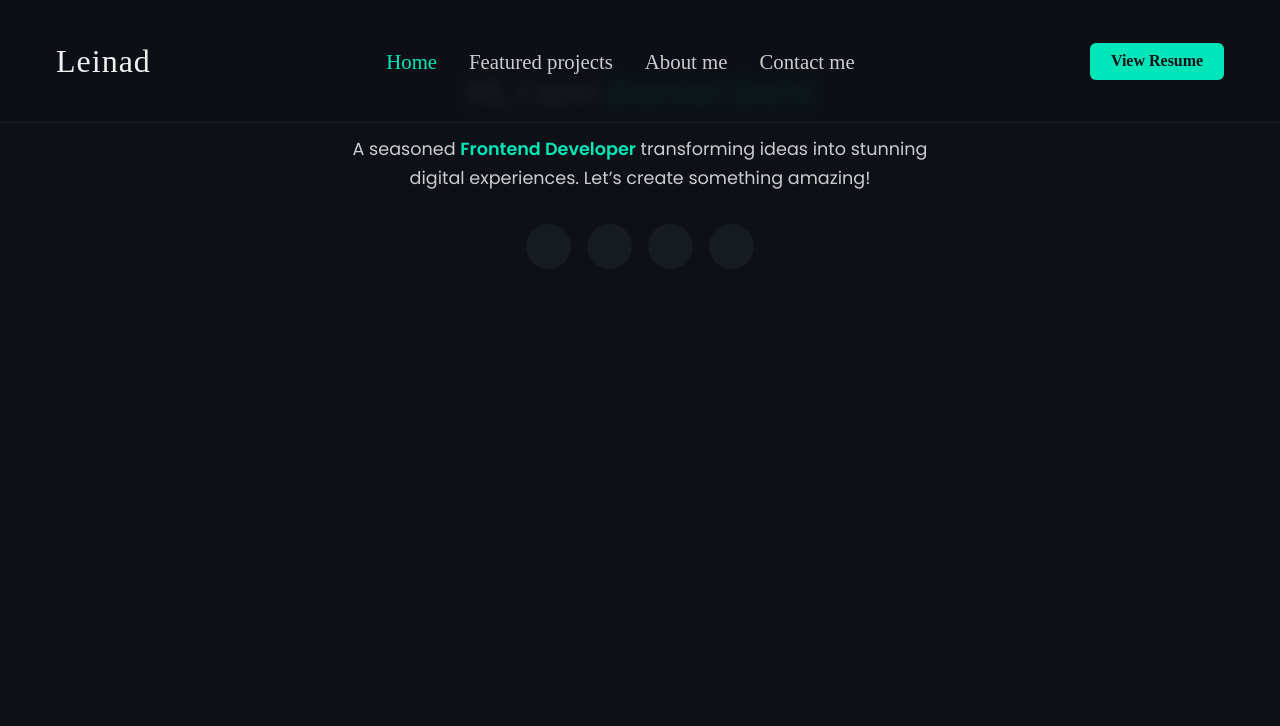
Repository: Austinokezie/Myportfolio
Page: index.html
The author's editor kept a copy of each file at every save. The page is drawn from the files as they stood at one save, then again after the next save.
The browser window is 1280 px wide. The pictures show the whole page.
Some web fonts or font styles are not loaded; a fallback is used.

Above is the page before, as saved 2025-10-14 13:17:09.

### index.html
<!DOCTYPE html>
<html lang="en">
<head>
    <meta charset="UTF-8">
    <meta name="viewport" content="width=device-width, initial-scale=1.0">
    <title>My Portfolio</title>
    <link rel="stylesheet" href="./style.css">
    <link rel="stylesheet" href="./mediaqueries.css">
    <link rel="stylesheet" href="./lib/css/bootstrap-grid.min.css">
    <link rel="stylesheet" href="./lib/js/bootstrap.bundle.min.js">
</head>
<body>
    <header>
        <nav class="navbar">
          <div class="logo">Leinad</div>

           <ul class="nav-links">
              <li><a href="#" class="active">Home</a></li>
              <li><a href="#">Featured projects</a></li>
              <li><a href="#">About me</a></li>
             <li><a href="#">Contact me</a></li>
           </ul>

          <a href="#" class="resume-btn">View Resume</a>
       </nav>
  </header>
    </nav>
   <section class="intro">
      <div class="intro-content">
         <h1>Hi, I am <span>Daniel Ochi</span></h1>
           <p>
              A seasoned <span class="highlight">Frontend Developer</span> transforming ideas into
              stunning digital experiences. Let’s create something amazing!
           </p>

          <div class="social-links">
              <a href="#" title="GitHub"><i class="fab fa-github"></i></a>
              <a href="#" title="Medium"><i class="fab fa-medium"></i></a>
              <a href="#" title="LinkedIn"><i class="fab fa-linkedin"></i></a>
             <a href="#" title="Twitter"><i class="fab fa-twitter"></i></a>
          </div>
       </div>
    </section>










         <!-- Arrow -->
        <!-- <div class="text-center mt-5">
           <img
             src="./Asset/icons8-arrow-down-100.png"
             alt="arrow icon"
             class="icon arrow img-fluid"
             style="width: 50px; cursor: pointer;"
             onclick="location.href='./experience'"
            >
       </div> -->





<!--
        <img src="./Asset/icons8-arrow-down-100.png" alt="arrow icon"
           class="icon arrow"
           onclick="location.href= './experience'"
        >  -->




















</body>
</html>

### style.css

@import url('https://fonts.googleapis.com/css2?family=Alan+Sans:wght@300..900&family=Poppins:ital,wght@0,100;0,200;0,300;0,400;0,500;0,600;0,700;0,800;0,900;1,100;1,200;1,300;1,400;1,500;1,600;1,700;1,800;1,900&display=swap');



*{
    margin: 0;
    padding: 0;


}


/* Reset some default styles */
* {
  margin: 0;
  padding: 0;
  box-sizing: border-box;
}

body {
  background-color: #0d1117;
  color: #f0f0f0;
  font-family: 'Poppins', sans-serif;
  display: flex;
  justify-content: center;
  align-items: center;
  height: 100vh;
}



/* === Navbar === */
header {
  width: 100%;
  background-color: rgba(13, 17, 23, 0.95);
  position: fixed;
  top: 0;
  left: 0;
  z-index: 10;
  backdrop-filter: blur(6px);
  border-bottom: 1px solid rgba(255, 255, 255, 0.05);
  font-family: serif;
}

.navbar {
  max-width: 1200px;
  margin: 0 auto;
  padding: 1rem 1rem;
  display: flex;
  justify-content: space-between;
  align-items: center;
}

/* Logo */
.logo {
  font-size: .5rem;
  font-weight: 200;
  font-family: serif;
  color: #f0f0f0;
  letter-spacing: 1px;
}

/* Navigation Links */
.nav-links {
  list-style: none;
  display: flex;
  gap: 1.5rem;
}

.nav-links a {
  text-decoration: none;
  color: #cccccc;
  font-weight: 100;
  transition: 0.3s ease;
  font-size: 1.3rem;
}

.nav-links a:hover {
  color: #00e6b8;
}

.nav-links a.active {
  color: #00e6b8;
}

/* Resume Button */
.resume-btn {
  background-color: #00e6b8;
  color: #0d1117;
  text-decoration: none;
  padding: 0.6rem 1.3rem;
  border-radius: 6px;
  font-weight: 600;
  transition: all 0.3s ease;
}

.resume-btn:hover {
  background-color: #00cfa4;
  transform: translateY(-2px);
}











/* Intro Section */
.intro {
  text-align: center;
  padding: 2rem;
  margin-top: 40px;
}

.intro h1 {
  font-size: 2.2rem;
  margin-bottom: 1rem;
  font-weight: 600;
}

.intro h1 span {
  color: #00e6b8;
  font-weight: 700;
}

.intro p {
  font-size: 1.1rem;
  color: #cccccc;
  max-width: 600px;
  margin: 0 auto 2rem auto;
  line-height: 1.6;
}

.highlight {
  color: #00e6b8;
  font-weight: 600;
}

/* Social Icons */
.social-links {
  display: flex;
  justify-content: center;
  gap: 1rem;
}

.social-links a {
  display: flex;
  justify-content: center;
  align-items: center;
  background-color: #161b22;
  width: 45px;
  height: 45px;
  border-radius: 50%;
  font-size: 1.2rem;
  color: #00e6b8;
  transition: all 0.3s ease;
}

.social-links a:hover {
  background-color: #00e6b8;
  color: #0d1117;
  transform: translateY(-4px);
}

/* Responsive */
@media (max-width: 600px) {
  .intro h1 {
    font-size: 1.8rem;
  }

  .intro p {
    font-size: 1rem;
    padding: 0 1rem;
  }

  .social-links a {
    width: 40px;
    height: 40px;
    font-size: 1rem;
  }
}



@media (max-width: 400px) {
  body {
    padding: 0 1rem;
  }

  .intro h1 {
    font-size: 1.5rem;
    line-height: 1.3;
  }

  .intro p {
    font-size: 0.95rem;
    line-height: 1.5;
  }

  .social-links {
    gap: 0.7rem;
  }

  .social-links a {
    width: 38px;
    height: 38px;
    font-size: 0.9rem;
  }

  .intro {
    padding: 1.5rem 0.5rem;
  }
}


























































/* body {
  background: #f0f0f0;
} */
html{
    scroll-behavior:smooth ;
}
p{
    color: rgb(85, 85, 85);
}

/* Transition */

a, .btn{
    transition: all 300ms ease;
}

/* Desktop */

nav, .nav-links{
    display: flex;

}
nav{
    justify-content: space-around;
    align-items: center;
    height: 17vh;
}
.nav-links{
    gap: 2rem;
    list-style: none;
    font-size: 1.5rem;
}
a {
    color: black;
    text-decoration: none;
    text-decoration-color: white;
}
a:hover{
    color: grey;
    text-decoration: underline;
    text-underline-offset: 1rem;
    text-decoration-color: rgb(181 , 181, 181) ;
}
.logo{
    font-size: 2rem;
}
.logo:hover{
   cursor: default;
}
/* Hamburger */
#hamburger-nav{
    display: none;

}
.hamburger-menu{
    position: relative;
    display: inline-block;

}
.hamburger-icon{
    display: flex;
    flex-direction: column;
    justify-content: space-between;
    height: 24px;
    width: 30px;
    cursor: pointer;
}
.hamburger-icon span{
   width: 100%;
   height: 2px;
   background-color: black;
   transition: all 0.3 ease-in-out;
}
.menu-links{
    position: absolute;
    top: 100%;
    right: 0;
    width: fit-content;
    max-height: 0;
    overflow: hidden;
    transition: all 0.3 ease-in-out;

}
.menu-links a{
    display: block;
    padding: 10px;
    text-align: center;
    font-size: 1.5rem;
    color: black;
    text-decoration: none;
     transition: all 0.3 ease-in-out;
}
.menu-links li {
    list-style: none;

}
.menu-links.open{
    max-height: 300px;


}
.hamburger-icon.open span:first-child{
    transform: rotate(45deg) translate(10px, 5px);
}
.hamburger-icon.open span:nth-child(2){
  opacity: 0;
}
.hamburger-icon.open span:last-child{
    transform: rotate(-45deg) translate(10px, -5px);
}
.hamburger-icon.open span:first-child{
    transform: none;
}
.hamburger-icon.open span:first-child{
   opacity: 1;
}
.hamburger-icon.open span:first-child{
    transform: none;
}

/* section */
section{
    padding-top: 4vh;
    height: 96vh;
    margin: 0 10rem;
    box-sizing: border-box;
    min-height: fit-content;
}
.section-container{
    display: flex;
}
#profile{
    display: flex;
    justify-content: center;
    gap: 5rem;
    height: 80vh;
}
.section-pic-container{
    display: flex;
    height: 400px;
    margin: auto 0;
}
.section-pic-container img{
    width: 300px;
    height: 300px;
    border-radius: 50%;
    object-fit: cover;
    display: inline-block;
}
.section-text{
    align-self: center;
    text-align: center;
    margin-bottom: 20px;

}
.section-text-p{
    font-weight: 600;
}
.section-text-p1{
    text-align: center;
}
.intro-con.greet{
    font-size: 1.5rem;
}
.section-text-p2{
    font-size: 1.75rem;
    margin-bottom: 1rem;
}
.title{
    font-size: 3rem;
    text-align: center;
}
.socials-container{
    display: flex;
    justify-content: center;
    margin-top: 1rem;
    gap: 1rem;
}
/* ICON */
.icon{
    cursor: pointer;
    height: 2rem;
}
/* Buttons */
.btn-container{
    display: flex;
    justify-content: center;
    gap: 1rem;
}
.btn{
    font-weight: 600;
    transition: all 300ms ease;
    padding: .6rem;
    width: 8rem;
    border-radius: 2rem;

}
.btn-color-1, .btn-color-2{
    border: rgb(53, 53, 53) .1rem solid;
}
.btn-color-1:hover,
.btn-color-2:hover{
    cursor: pointer;
}
.btn-color-1,
.btn-color-2:hover{
    cursor: pointer;
    background: rgb(53, 53, 53);
    color: white;
}
.btn-color-1:hover{
    background: rgb(0, 0, 0);


}
.btn-color-2{
    background: none;

}
.btn-color-2:hover{
    border: rgb(255, 255, 255) .1rem solid;
}
.btn-container{
    gap: 1rem;
}

/* About section */


#about{
    position: relative;
    margin-top: 3.5rem;
}
.about-intro{
    margin-bottom: 20px;
}
.section_text_p1{
    text-align: center;
}

/* .about-containers{
    display: flex;
    flex-wrap: wrap;
    justify-content: center;
    gap: 2rem;
    margin-bottom: 2rem;
    margin-top: 2rem;
} */
/* .about-details-container{
    justify-content: center;
    flex-direction: column;
} */
.about-containers,
.about-details-container{
    /* display: flex; */
}
.about-details-container{
    display: block;
}
.about-pic{
    border-radius: 2rem;
    max-width: 400px;
    width: 100%;
    height: auto;
    object-fit: cover;
}
.arrow{
    position: absolute;
    right: -5rem;
    bottom: 2.5rem;
}
.details-container{

    padding: 1.5rem;
    /* flex: 1;  */
    background: white;
    border-radius: 2rem;
    border: rgb(53, 53, 53) 0.1rem solid;
    border-color: rgb(163, 163, 163);
    text-align: center;
}
.section_container{
    /* display: flex; */
    gap: 2rem;
    /* height: 70%; */

}
.section__pic-container{
   /* height: auto; */
   width: 100%;
   display: flex;
   justify-content: center;
   align-items: center;
}


.skill-card{
    display: flex;
    flex-direction: column;
    align-items: center;
    justify-content: center;
    padding: 20px;
    background: #fff;
    border-radius: 2px;
    box-shadow: 0 4px 4px rgba(0, 0, 0, 0.1);
    height: 55px;
}
.skill-card img{
    width: 40px;
    height: 40px;
    margin-bottom: 10px;
}



/* Experience section */
#experience{
    position: relative;
}
.experience-sub-title{
    color: rgb(85, 85, 85);
    font-weight: 600;
    font-size: 1.75rem;
    margin-bottom: 2rem;

}
.experience-details-container{
    display: flex;
    justify-content: center;
    flex-direction: column;

}
.article-container{
    display: flex;
    text-align: initial;
    flex-wrap: wrap;
    flex-direction: row;
    gap: 2.5rem;
    justify-content: space-around;
}
article{
    display: flex;
    width: 10rem;
    justify-content: space-around;
    gap: 0.5rem;

}
article .icon{
    cursor: default;
}


/* Projects Section */


#projects{
    position: relative;
}
.color-container{
    border-color: rgb(163, 163, 163);
    background: rgb(255, 255, 255);
}
.project-img{
   border-radius: 1rem;
   width: 100%;
   height: 100%;
}
.project-title{
    margin: 1rem;
    color: black;
}
.project-btn{
    color: black;
    border-color: rgb(163, 163, 163);
}
/* CONTACT */
#contact{
    display: flex;
    justify-content: center;
    flex-direction: column;
    height: 70vh;
}
.contact-info-upper-container{
    display: flex;
    justify-content: center;
    border-radius: 2rem;
    border: rgb(53, 53, 53) 0.1rem solid;
    background-color: rgb(163, 163, 163);
    background: rgb(250, 250, 250);
    margin: 2rem auto;
    padding: 0.5rem;

}
.contact-info-container{
    display: flex;
    align-items: center;
    justify-content: center;
    gap: 0.5rem;
    margin: 1rem;
}
.contact-info-container p{
    font-size: larger;
}
.contact-icon{
    cursor: default;
}

/* footer */
footer{
    height: 26vh;
    margin:  0 1 rem;
    color: #fff;
    background: #f9f9f9;
    box-shadow: 0 -4px 6px rgba(0, 0, 0, 0.2);

}
/* hr{
    width: 75%;
    margin: 20px auto;
    border-color: #333;

} */

.nav-links{
   color: rgb(85, 85, 85);
}
footer p{
    text-align: center ;
}

@media (max-width: 768px) {
  .arrow {
    position: static;
    margin: 2rem auto 0;
    display: block;
  }
}

@media (max-width: 992px) {
  .section_container {
    flex-direction: column;
    align-items: center;
  }

  .section__pic-container,
  .about-details-container {
    max-width: 100%;
  }

  .arrow {
    position: static;
    display: block;
    margin: 2rem auto 0;
  }
}

Loaded but not shown: lib/css/bootstrap-grid.min.css (library); lib/js/bootstrap.bundle.min.js (library); mediaqueries.css (empty)

After the next save:
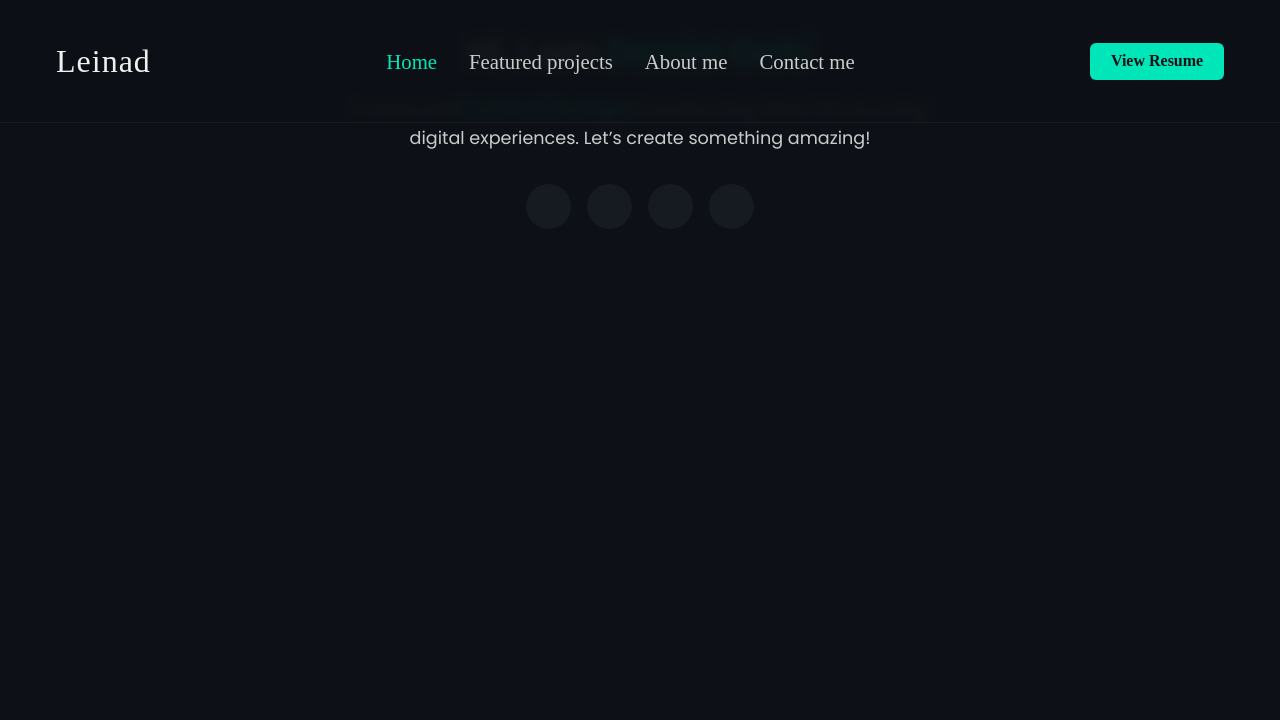
Saved 19 s later.
--- a/style.css
+++ b/style.css
@@ -114,7 +114,7 @@ header {
 .intro {
   text-align: center;
   padding: 2rem;
-  margin-top: 40px;
+  margin-bottom: 40px;
 }
 
 .intro h1 {
